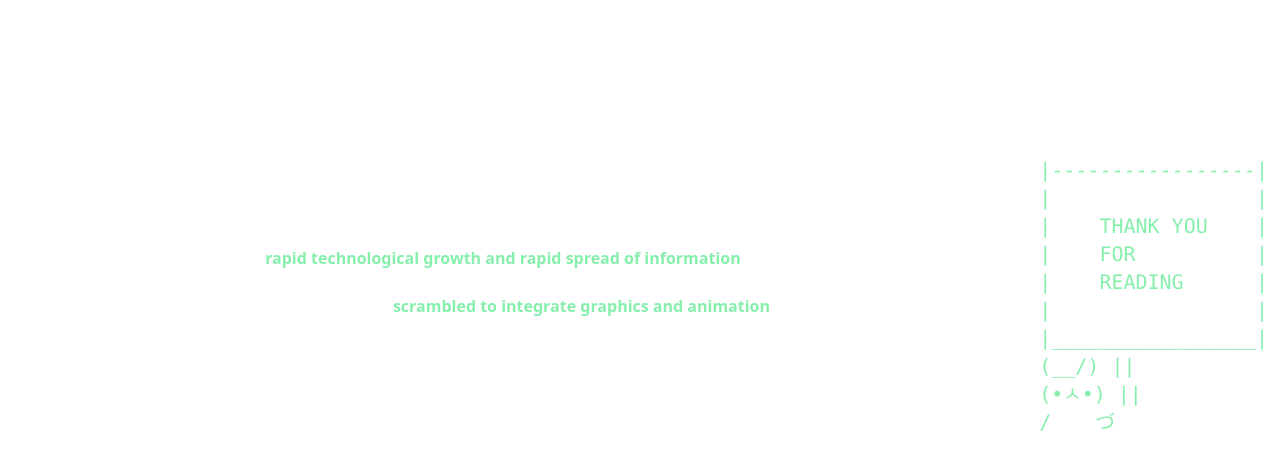
Repository: kayla-lin/graphic-design-timeline
Page: /components/Conclusion
These files come from the project's save history. The page is drawn as it stood at one moment and after the next save; the edit follows.
The browser window is 1280 px wide. The pictures show the whole page.
The project was rebuilt for these pictures with package versions that can differ from the ones it lists, and the page was loaded fresh each time. The framework's server and built-in components were replaced by stand-ins that run in the browser. Also part of the build but not shown: next.config.js.

Above is the page before, as saved 2023-05-02 00:24:50.

### pages/components/Conclusion/index.tsx
import React from "react";
import RevealDiv from "../RevealDiv";
import Sign from "./Sign";

const Conclusion = () => {
  return (
    <RevealDiv>
      <section className="container mx-auto text-white py-32 flex justify-center items-center gap-10">
        <div>
          <p>
            The digital revolution is a period of{" "}
            <strong className="text-green-300">
              rapid technological growth and rapid spread of information
            </strong>
            . Personal computers made information and new graphical mediums
            accessible. In order for new technology to be adopted by the masses,
            new technology needed intuitive design. Designers focused on using
            <strong className="text-green-300">
              scrambled to integrate graphics and animation
            </strong>{" "}
            onto the latest technologies.
          </p>
        </div>
        <Sign />
      </section>
    </RevealDiv>
  );
};

export default Conclusion;

### styles/globals.css
@tailwind base;
@tailwind components;
@tailwind utilities;

/* Top progress bar */

.progress-bar {
  position: fixed;
  top: 0;
  left: 0;
  right: 0;
  height: 10px;
  background: red;
  transform-origin: 0%;
}

/* Glitch effect */

.glitch {
  animation: glitch 1s linear infinite;
}

@keyframes glitch {
  2%,
  64% {
    transform: translate(2px, 0) skew(0deg);
  }
  4%,
  60% {
    transform: translate(-2px, 0) skew(0deg);
  }
  62% {
    transform: translate(0, 0) skew(5deg);
  }
}

.glitch:before,
.glitch:after {
  content: attr(title);
  position: absolute;
  left: 0;
}

.glitch:before {
  animation: glitchTop 1s linear infinite;
  clip-path: polygon(0 0, 100% 0, 100% 33%, 0 33%);
  -webkit-clip-path: polygon(0 0, 100% 0, 100% 33%, 0 33%);
}

@keyframes glitchTop {
  2%,
  64% {
    transform: translate(2px, -2px);
  }
  4%,
  60% {
    transform: translate(-2px, 2px);
  }
  62% {
    transform: translate(13px, -1px) skew(-13deg);
  }
}

.glitch:after {
  animation: glitchBotom 1.5s linear infinite;
  clip-path: polygon(0 67%, 100% 67%, 100% 100%, 0 100%);
  -webkit-clip-path: polygon(0 67%, 100% 67%, 100% 100%, 0 100%);
}

@keyframes glitchBotom {
  2%,
  64% {
    transform: translate(-2px, 0);
  }
  4%,
  60% {
    transform: translate(-2px, 0);
  }
  62% {
    transform: translate(-22px, 5px) skew(21deg);
  }
}

### pages/components/RevealDiv/index.tsx
import React, { FC, ReactNode, useEffect } from "react";
import { useAnimation, motion } from "framer-motion";
import { useInView } from "react-intersection-observer";

interface Props {
  children: ReactNode;
}

const RevealDiv: FC<Props> = ({ children }) => {
  const controls = useAnimation();
  const [ref, inView] = useInView();

  const squareVariants = {
    visible: {
      opacity: 1,
      y: 0,
      transition: { duration: 0.5 },
    },
    hidden: { opacity: 0, y: 100 },
  };

  useEffect(() => {
    if (inView) {
      controls.start("visible");
    }
  }, [controls, inView]);

  return (
    <motion.div
      ref={ref}
      animate={controls}
      initial="hidden"
      variants={squareVariants}
    >
      {children}
    </motion.div>
  );
};

export default RevealDiv;

### pages/components/Conclusion/Sign/index.tsx
import React from "react";

const Sign = () => {
  var sign = [
    "<pre><code>",
    "|-----------------|",
    "|                 |",
    "|    THANK YOU    |",
    "|    FOR          | ",
    "|    READING      |",
    "|                 |",
    "|_________________| ",
    "(__/) || ",
    "(•ㅅ•) || ",
    "/ 　 づ",
    "</code></pre>",
  ].join("\n");

  return (
    <span
      dangerouslySetInnerHTML={{ __html: sign }}
      className="text-xl text-green-300"
    ></span>
  );
};

export default Sign;

Loaded but not shown: pages/_app.tsx (common file); pages/_document.tsx (common file); tailwind.config.js (common file)

After the next save:
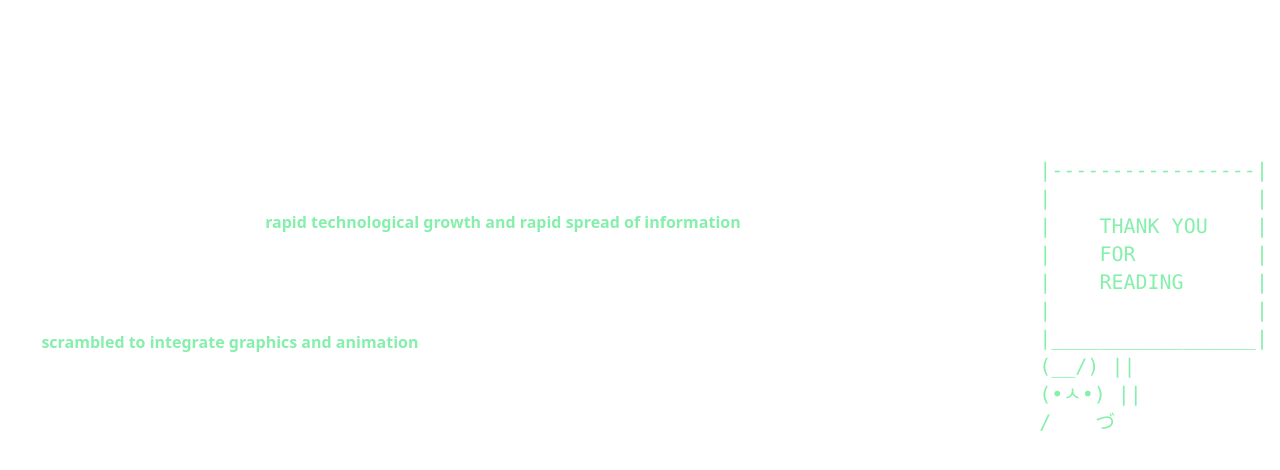
Saved 2 min 44 s later.
--- a/pages/components/Conclusion/index.tsx
+++ b/pages/components/Conclusion/index.tsx
@@ -12,9 +12,15 @@
             <strong className="text-green-300">
               rapid technological growth and rapid spread of information
             </strong>
-            . Personal computers made information and new graphical mediums
-            accessible. In order for new technology to be adopted by the masses,
-            new technology needed intuitive design. Designers focused on using
+            . Personal computers made information and new graphical mediums. Now
+            people could and learn experiment with graphic design at home.
+            Artists used digital art programs, like Adobe Suite, as a serious
+            medium for design. The internet also allowed for new sub-mediums of
+            web design to be explored.
+          </p>
+          <p>
+            In order for new technology to be adopted by the masses, new
+            technology needed intuitive design. Designers focused on using
             <strong className="text-green-300">
               scrambled to integrate graphics and animation
             </strong>{" "}
